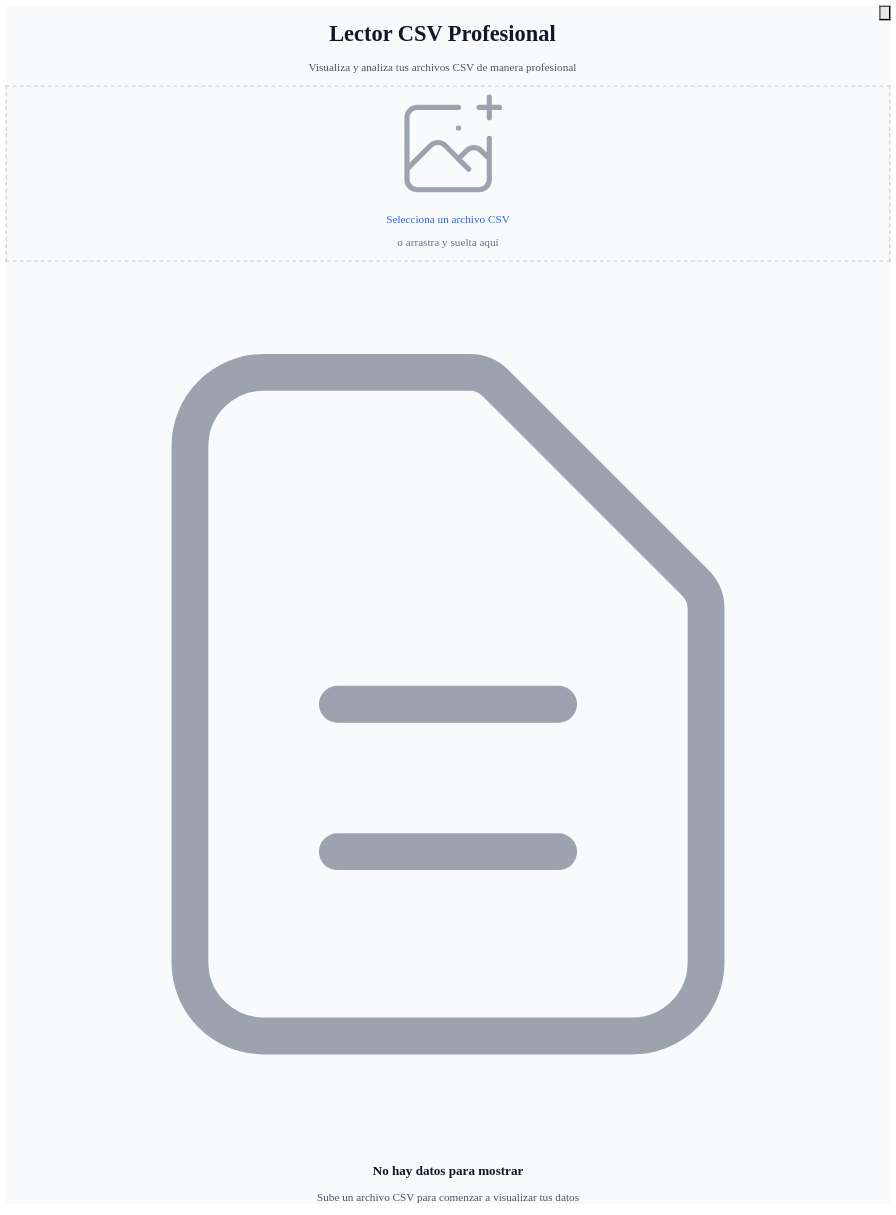
Repository: aitorcachero/lector-csv
Page: /
An editor plug-in stored every save of this project. The page is shown before and after the next save, followed by the edit.
The browser window is 1280 px wide. The pictures show the part of the page from y = 0 to 1920 px (the page is 1736 px tall before and 2835 px after), at 70% of full size.
The project was rebuilt for these pictures with package versions that can differ from the ones it lists, and the page was loaded fresh each time. The framework's server and built-in components were replaced by stand-ins that run in the browser. Also part of the build but not shown: next.config.mjs.

Above is the page before, as saved 2025-06-23 11:13:05.

### src/app/layout.js
import { Geist, Geist_Mono } from "next/font/google";
import "./globals.css";
import { ThemeProvider } from './context/ThemeContext';

const geistSans = Geist({
  variable: "--font-geist-sans",
  subsets: ["latin"],
});

const geistMono = Geist_Mono({
  variable: "--font-geist-mono",
  subsets: ["latin"],
});

export const metadata = {
  title: "Lector CSV Profesional",
  description: "Aplicación profesional para visualizar y analizar archivos CSV",
};

export default function RootLayout({ children }) {
  return (
    <html lang="es" className="dark">
      <body
        className={`${geistSans.variable} ${geistMono.variable} antialiased`}
      >
        <ThemeProvider>
          {children}
        </ThemeProvider>
      </body>
    </html>
  );
}

### src/app/page.js
'use client';

import { useState, useCallback } from 'react';
import { parse } from 'csv-parse/browser/esm/sync';
import { useTheme } from './context/ThemeContext';

export default function CSVViewer() {
  const { isDarkMode, toggleTheme } = useTheme();
  const [csvData, setCsvData] = useState([]);
  const [headers, setHeaders] = useState([]);
  const [fileName, setFileName] = useState('');
  const [isLoading, setIsLoading] = useState(false);
  const [error, setError] = useState('');
  const [currentPage, setCurrentPage] = useState(1);
  const [rowsPerPage] = useState(50);
  const [searchTerm, setSearchTerm] = useState('');
  const [sortConfig, setSortConfig] = useState({ key: null, direction: 'asc' });

  const handleFileUpload = useCallback((event) => {
    const file = event.target.files[0];
    if (!file) return;

    if (!file.name.toLowerCase().endsWith('.csv')) {
      setError('Por favor, selecciona un archivo CSV válido.');
      return;
    }

    setIsLoading(true);
    setError('');
    setFileName(file.name);

    const reader = new FileReader();
    reader.onload = (e) => {
      try {
        const csvText = e.target.result;
        const parsedData = parse(csvText, {
          columns: true,
          skip_empty_lines: true,
          trim: true,
          bom: true,
        });

        if (parsedData.length > 0) {
          setHeaders(Object.keys(parsedData[0]));
          setCsvData(parsedData);
          setCurrentPage(1);
        } else {
          setError('El archivo CSV está vacío o no tiene un formato válido.');
        }
      } catch (err) {
        setError('Error al procesar el archivo CSV: ' + err.message);
      } finally {
        setIsLoading(false);
      }
    };

    reader.onerror = () => {
      setError('Error al leer el archivo.');
      setIsLoading(false);
    };

    reader.readAsText(file, 'UTF-8');
  }, []);

  const handleSort = (key) => {
    let direction = 'asc';
    if (sortConfig.key === key && sortConfig.direction === 'asc') {
      direction = 'desc';
    }
    setSortConfig({ key, direction });
  };

  const filteredAndSortedData = csvData
    .filter((row) =>
      Object.values(row).some((value) =>
        value?.toString().toLowerCase().includes(searchTerm.toLowerCase())
      )
    )
    .sort((a, b) => {
      if (!sortConfig.key) return 0;

      const aValue = a[sortConfig.key]?.toString() || '';
      const bValue = b[sortConfig.key]?.toString() || '';

      if (sortConfig.direction === 'asc') {
        return aValue.localeCompare(bValue, undefined, { numeric: true });
      }
      return bValue.localeCompare(aValue, undefined, { numeric: true });
    });

  const totalPages = Math.ceil(filteredAndSortedData.length / rowsPerPage);
  const startIndex = (currentPage - 1) * rowsPerPage;
  const paginatedData = filteredAndSortedData.slice(
    startIndex,
    startIndex + rowsPerPage
  );

  const resetData = () => {
    setCsvData([]);
    setHeaders([]);
    setFileName('');
    setError('');
    setCurrentPage(1);
    setSearchTerm('');
    setSortConfig({ key: null, direction: 'asc' });
  };

  return (
    <div className="min-h-screen bg-gray-50 dark:bg-gray-900 py-8 transition-colors duration-300">
      <div className="max-w-7xl mx-auto px-4 sm:px-6 lg:px-8">
        {/* Header con botón de tema */}
        <div className="text-center mb-8">
          <div className="flex justify-between items-start mb-4">
            <div></div>
            <div className="flex-1">
              <h1 className="text-4xl font-bold text-gray-900 dark:text-white mb-2">
                Lector CSV Profesional
              </h1>
              <p className="text-lg text-gray-600 dark:text-gray-300">
                Visualiza y analiza tus archivos CSV de manera profesional
              </p>
            </div>
            <button
              onClick={toggleTheme}
              className="p-2 rounded-lg bg-gray-200 dark:bg-gray-700 hover:bg-gray-300 dark:hover:bg-gray-600 transition-colors duration-200"
              title={
                isDarkMode ? 'Cambiar a modo claro' : 'Cambiar a modo oscuro'
              }
            >
              {isDarkMode ? (
                <svg
                  className="w-5 h-5 text-yellow-500"
                  fill="currentColor"
                  viewBox="0 0 20 20"
                >
                  <path
                    fillRule="evenodd"
                    d="M10 2a1 1 0 011 1v1a1 1 0 11-2 0V3a1 1 0 011-1zm4 8a4 4 0 11-8 0 4 4 0 018 0zm-.464 4.95l.707.707a1 1 0 001.414-1.414l-.707-.707a1 1 0 00-1.414 1.414zm2.12-10.607a1 1 0 010 1.414l-.706.707a1 1 0 11-1.414-1.414l.707-.707a1 1 0 011.414 0zM17 11a1 1 0 100-2h-1a1 1 0 100 2h1zm-7 4a1 1 0 011 1v1a1 1 0 11-2 0v-1a1 1 0 011-1zM5.05 6.464A1 1 0 106.465 5.05l-.708-.707a1 1 0 00-1.414 1.414l.707.707zm1.414 8.486l-.707.707a1 1 0 01-1.414-1.414l.707-.707a1 1 0 011.414 1.414zM4 11a1 1 0 100-2H3a1 1 0 000 2h1z"
                    clipRule="evenodd"
                  />
                </svg>
              ) : (
                <svg
                  className="w-5 h-5 text-gray-700"
                  fill="currentColor"
                  viewBox="0 0 20 20"
                >
                  <path d="M17.293 13.293A8 8 0 016.707 2.707a8.001 8.001 0 1010.586 10.586z" />
                </svg>
              )}
            </button>
          </div>
        </div>

        {/* Upload Section */}
        <div className="bg-white dark:bg-gray-800 rounded-lg shadow-md p-6 mb-6 transition-colors duration-300">
          <div className="flex flex-col items-center justify-center border-2 border-dashed border-gray-300 dark:border-gray-600 rounded-lg p-8 hover:border-blue-400 dark:hover:border-blue-500 transition-colors">
            <div className="text-center">
              <svg
                className="mx-auto h-12 w-12 text-gray-400 dark:text-gray-500 mb-4"
                stroke="currentColor"
                fill="none"
                viewBox="0 0 48 48"
              >
                <path
                  d="M28 8H12a4 4 0 00-4 4v20m32-12v8m0 0v8a4 4 0 01-4 4H12a4 4 0 01-4-4v-4m32-4l-3.172-3.172a4 4 0 00-5.656 0L28 28M8 32l9.172-9.172a4 4 0 015.656 0L28 28m0 0l4 4m4-24h8m-4-4v8m-12 4h.02"
                  strokeWidth={2}
                  strokeLinecap="round"
                  strokeLinejoin="round"
                />
              </svg>
              <label htmlFor="csv-upload" className="cursor-pointer">
                <span className="text-lg font-medium text-blue-600 dark:text-blue-400 hover:text-blue-500 dark:hover:text-blue-300">
                  Selecciona un archivo CSV
                </span>
                <input
                  id="csv-upload"
                  type="file"
                  accept=".csv"
                  onChange={handleFileUpload}
                  className="hidden"
                />
              </label>
              <p className="text-gray-500 dark:text-gray-400 mt-2">
                o arrastra y suelta aquí
              </p>
            </div>
          </div>

          {fileName && (
            <div className="mt-4 flex items-center justify-between bg-blue-50 dark:bg-blue-900/30 p-3 rounded-lg">
              <span className="text-blue-800 dark:text-blue-200 font-medium">
                📄 {fileName}
              </span>
              <button
                onClick={resetData}
                className="text-red-600 dark:text-red-400 hover:text-red-800 dark:hover:text-red-300 font-medium"
              >
                Eliminar
              </button>
            </div>
          )}
        </div>

        {/* Loading */}
        {isLoading && (
          <div className="text-center py-8">
            <div className="inline-block animate-spin rounded-full h-8 w-8 border-b-2 border-blue-600 dark:border-blue-400"></div>
            <p className="mt-2 text-gray-600 dark:text-gray-300">
              Procesando archivo...
            </p>
          </div>
        )}

        {/* Error */}
        {error && (
          <div className="bg-red-50 dark:bg-red-900/30 border border-red-200 dark:border-red-800 rounded-lg p-4 mb-6">
            <div className="flex">
              <svg
                className="h-5 w-5 text-red-400 dark:text-red-300 mr-2"
                viewBox="0 0 20 20"
                fill="currentColor"
              >
                <path
                  fillRule="evenodd"
                  d="M10 18a8 8 0 100-16 8 8 0 000 16zM8.707 7.293a1 1 0 00-1.414 1.414L8.586 10l-1.293 1.293a1 1 0 101.414 1.414L10 11.414l1.293 1.293a1 1 0 001.414-1.414L11.414 10l1.293-1.293a1 1 0 00-1.414-1.414L10 8.586 8.707 7.293z"
                  clipRule="evenodd"
                />
              </svg>
              <p className="text-red-800 dark:text-red-200">{error}</p>
            </div>
          </div>
        )}

        {/* Data Display */}
        {csvData.length > 0 && (
          <div className="bg-white dark:bg-gray-800 rounded-lg shadow-md overflow-hidden transition-colors duration-300">
            {/* Stats and Search */}
            <div className="p-6 border-b border-gray-200 dark:border-gray-700">
              <div className="flex flex-col sm:flex-row sm:items-center sm:justify-between gap-4">
                <div className="flex items-center space-x-4">
                  <div className="bg-blue-100 dark:bg-blue-900/50 px-3 py-1 rounded-full">
                    <span className="text-blue-800 dark:text-blue-200 font-medium">
                      {filteredAndSortedData.length} filas
                    </span>
                  </div>
                  <div className="bg-green-100 dark:bg-green-900/50 px-3 py-1 rounded-full">
                    <span className="text-green-800 dark:text-green-200 font-medium">
                      {headers.length} columnas
                    </span>
                  </div>
                </div>

                <div className="relative">
                  <input
                    type="text"
                    placeholder="Buscar en los datos..."
                    value={searchTerm}
                    onChange={(e) => {
                      setSearchTerm(e.target.value);
                      setCurrentPage(1);
                    }}
                    className="pl-10 pr-4 py-2 border border-gray-300 dark:border-gray-600 rounded-lg focus:ring-2 focus:ring-blue-500 focus:border-transparent w-full sm:w-64 bg-white dark:bg-gray-700 text-gray-900 dark:text-white placeholder-gray-500 dark:placeholder-gray-400"
                  />
                  <svg
                    className="absolute left-3 top-2.5 h-5 w-5 text-gray-400 dark:text-gray-500"
                    fill="none"
                    stroke="currentColor"
                    viewBox="0 0 24 24"
                  >
                    <path
                      strokeLinecap="round"
                      strokeLinejoin="round"
                      strokeWidth={2}
                      d="M21 21l-6-6m2-5a7 7 0 11-14 0 7 7 0 0114 0z"
                    />
                  </svg>
                </div>
              </div>
            </div>

            {/* Table */}
            <div className="overflow-x-auto">
              <table className="min-w-full divide-y divide-gray-200 dark:divide-gray-700">
                <thead className="bg-gray-50 dark:bg-gray-900">
                  <tr>
                    {headers.map((header, index) => (
                      <th
                        key={index}
                        onClick={() => handleSort(header)}
                        className="px-6 py-3 text-left text-xs font-medium text-gray-500 dark:text-gray-400 uppercase tracking-wider cursor-pointer hover:bg-gray-100 dark:hover:bg-gray-800 select-none transition-colors"
                      >
                        <div className="flex items-center space-x-1">
                          <span>{header}</span>
                          {sortConfig.key === header && (
                            <span className="text-blue-600 dark:text-blue-400">
                              {sortConfig.direction === 'asc' ? '↑' : '↓'}
                            </span>
                          )}
                        </div>
                      </th>
                    ))}
                  </tr>
                </thead>
                <tbody className="bg-white dark:bg-gray-800 divide-y divide-gray-200 dark:divide-gray-700">
                  {paginatedData.map((row, rowIndex) => (
                    <tr
                      key={rowIndex}
                      className="hover:bg-gray-50 dark:hover:bg-gray-700 transition-colors"
                    >
                      {headers.map((header, colIndex) => (
                        <td
                          key={colIndex}
                          className="px-6 py-4 whitespace-nowrap text-sm text-gray-900 dark:text-gray-100"
                        >
                          {row[header] || '-'}
                        </td>
                      ))}
                    </tr>
                  ))}
                </tbody>
              </table>
            </div>

            {/* Pagination */}
            {totalPages > 1 && (
              <div className="px-6 py-3 border-t border-gray-200 dark:border-gray-700 flex items-center justify-between">
                <div className="text-sm text-gray-700 dark:text-gray-300">
                  Mostrando {startIndex + 1} a{' '}
                  {Math.min(
                    startIndex + rowsPerPage,
                    filteredAndSortedData.length
                  )}{' '}
                  de {filteredAndSortedData.length} resultados
                </div>
                <div className="flex space-x-2">
                  <button
                    onClick={() => setCurrentPage(Math.max(1, currentPage - 1))}
                    disabled={currentPage === 1}
                    className="px-3 py-1 border border-gray-300 dark:border-gray-600 rounded-md text-sm font-medium text-gray-700 dark:text-gray-300 bg-white dark:bg-gray-700 hover:bg-gray-50 dark:hover:bg-gray-600 disabled:opacity-50 disabled:cursor-not-allowed transition-colors"
                  >
                    Anterior
                  </button>

                  <span className="px-3 py-1 text-sm text-gray-700 dark:text-gray-300">
                    Página {currentPage} de {totalPages}
                  </span>

                  <button
                    onClick={() =>
                      setCurrentPage(Math.min(totalPages, currentPage + 1))
                    }
                    disabled={currentPage === totalPages}
                    className="px-3 py-1 border border-gray-300 dark:border-gray-600 rounded-md text-sm font-medium text-gray-700 dark:text-gray-300 bg-white dark:bg-gray-700 hover:bg-gray-50 dark:hover:bg-gray-600 disabled:opacity-50 disabled:cursor-not-allowed transition-colors"
                  >
                    Siguiente
                  </button>
                </div>
              </div>
            )}
          </div>
        )}

        {/* Empty State */}
        {csvData.length === 0 && !isLoading && !error && (
          <div className="text-center py-12">
            <svg
              className="mx-auto h-16 w-16 text-gray-400 dark:text-gray-500 mb-4"
              fill="none"
              stroke="currentColor"
              viewBox="0 0 24 24"
            >
              <path
                strokeLinecap="round"
                strokeLinejoin="round"
                strokeWidth={1}
                d="M9 12h6m-6 4h6m2 5H7a2 2 0 01-2-2V5a2 2 0 012-2h5.586a1 1 0 01.707.293l5.414 5.414a1 1 0 01.293.707V19a2 2 0 01-2 2z"
              />
            </svg>
            <h3 className="text-lg font-medium text-gray-900 dark:text-white mb-2">
              No hay datos para mostrar
            </h3>
            <p className="text-gray-600 dark:text-gray-300">
              Sube un archivo CSV para comenzar a visualizar tus datos
            </p>
          </div>
        )}
      </div>
    </div>
  );
}

### src/app/globals.css
@tailwind base;
@tailwind components;
@tailwind utilities;

@theme {
  --color-*: initial;
  --color-background: light-dark(#ffffff, #0a0a0a);
  --color-foreground: light-dark(#171717, #ededed);
  --color-gray-50: light-dark(#f9fafb, #111827);
  --color-gray-100: light-dark(#f3f4f6, #1f2937);
  --color-gray-200: light-dark(#e5e7eb, #374151);
  --color-gray-300: light-dark(#d1d5db, #4b5563);
  --color-gray-400: light-dark(#9ca3af, #6b7280);
  --color-gray-500: light-dark(#6b7280, #9ca3af);
  --color-gray-600: light-dark(#4b5563, #d1d5db);
  --color-gray-700: light-dark(#374151, #e5e7eb);
  --color-gray-800: light-dark(#1f2937, #f3f4f6);
  --color-gray-900: light-dark(#111827, #f9fafb);
  --color-blue-50: light-dark(#eff6ff, #1e3a8a);
  --color-blue-100: light-dark(#dbeafe, #1e40af);
  --color-blue-200: light-dark(#bfdbfe, #1d4ed8);
  --color-blue-400: light-dark(#60a5fa, #3b82f6);
  --color-blue-500: light-dark(#3b82f6, #60a5fa);
  --color-blue-600: light-dark(#2563eb, #93c5fd);
  --color-blue-800: light-dark(#1e40af, #dbeafe);
  --color-blue-900: light-dark(#1e3a8a, #eff6ff);
  --color-red-50: light-dark(#fef2f2, #7f1d1d);
  --color-red-200: light-dark(#fecaca, #dc2626);
  --color-red-400: light-dark(#f87171, #ef4444);
  --color-red-600: light-dark(#dc2626, #fca5a5);
  --color-red-800: light-dark(#991b1b, #fecaca);
  --color-green-100: light-dark(#dcfce7, #14532d);
  --color-green-800: light-dark(#166534, #dcfce7);
  --color-yellow-500: light-dark(#eab308, #fbbf24);
  --font-sans: var(--font-geist-sans);
  --font-mono: var(--font-geist-mono);
}

body {
  background: var(--color-background);
  color: var(--color-foreground);
  font-family: var(--font-sans), Arial, Helvetica, sans-serif;
  transition: background-color 0.3s ease, color 0.3s ease;
}

/* Scrollbar personalizado */
::-webkit-scrollbar {
  width: 8px;
  height: 8px;
}

::-webkit-scrollbar-track {
  background: var(--color-gray-100);
}

::-webkit-scrollbar-thumb {
  background: var(--color-gray-400);
  border-radius: 4px;
}

::-webkit-scrollbar-thumb:hover {
  background: var(--color-gray-500);
}

### src/app/context/ThemeContext.js
"use client";

import { createContext, useContext, useEffect, useState } from 'react';

const ThemeContext = createContext();

export function ThemeProvider({ children }) {
  const [isDarkMode, setIsDarkMode] = useState(true); // Modo oscuro por defecto

  useEffect(() => {
    // Verificar si hay una preferencia guardada
    const savedTheme = localStorage.getItem('theme');
    if (savedTheme) {
      setIsDarkMode(savedTheme === 'dark');
    }
  }, []);

  useEffect(() => {
    // Aplicar la clase al documento
    if (isDarkMode) {
      document.documentElement.classList.add('dark');
      localStorage.setItem('theme', 'dark');
    } else {
      document.documentElement.classList.remove('dark');
      localStorage.setItem('theme', 'light');
    }
  }, [isDarkMode]);

  const toggleTheme = () => {
    setIsDarkMode(!isDarkMode);
  };

  return (
    <ThemeContext.Provider value={{ isDarkMode, toggleTheme }}>
      {children}
    </ThemeContext.Provider>
  );
}

export function useTheme() {
  const context = useContext(ThemeContext);
  if (!context) {
    throw new Error('useTheme debe ser usado dentro de ThemeProvider');
  }
  return context;
}

After the next save:
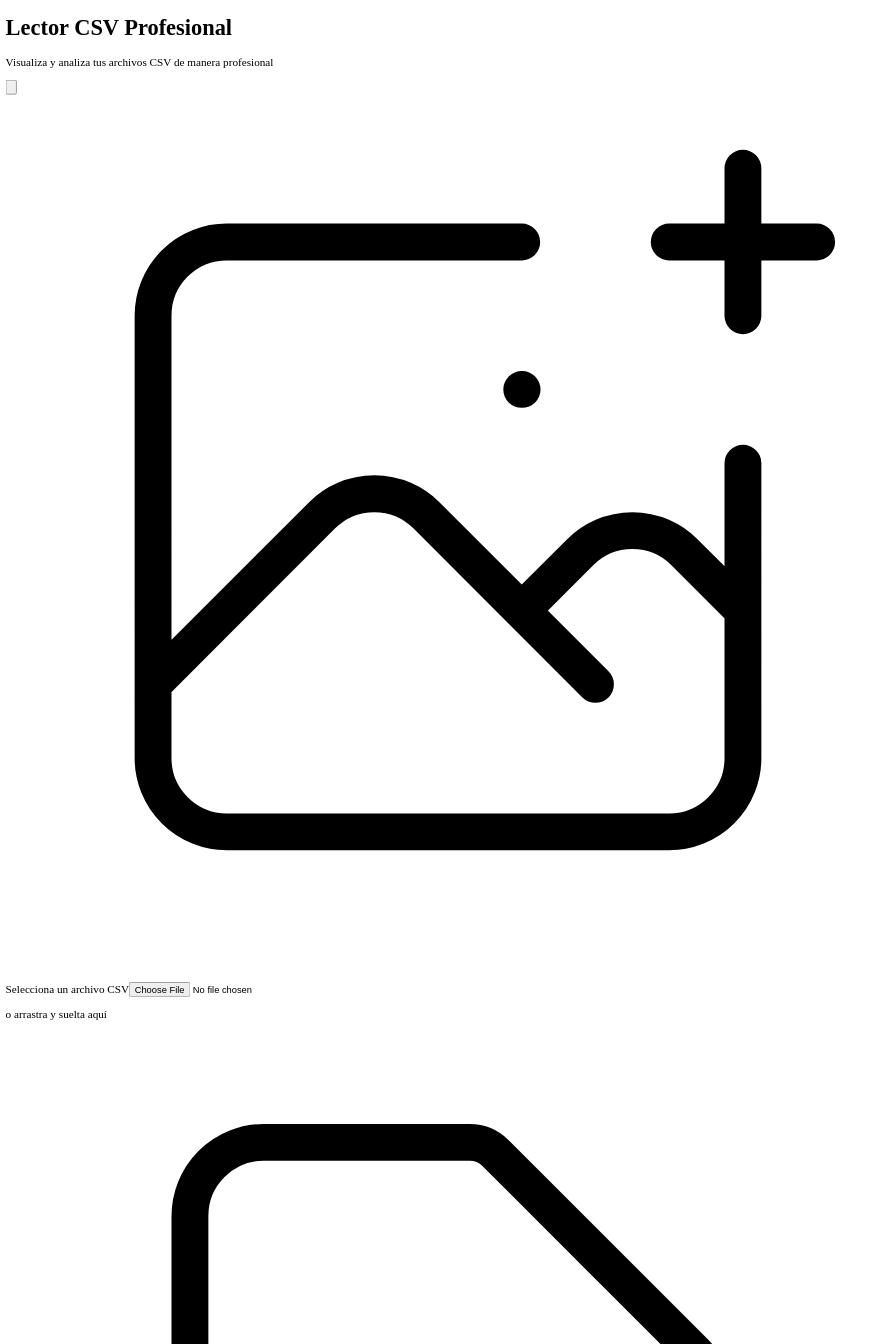
Saved 28 s later.
--- a/src/app/globals.css
+++ b/src/app/globals.css
@@ -1,6 +1,4 @@
-@tailwind base;
-@tailwind components;
-@tailwind utilities;
+import "tailwindcss"
 
 @theme {
   --color-*: initial;
